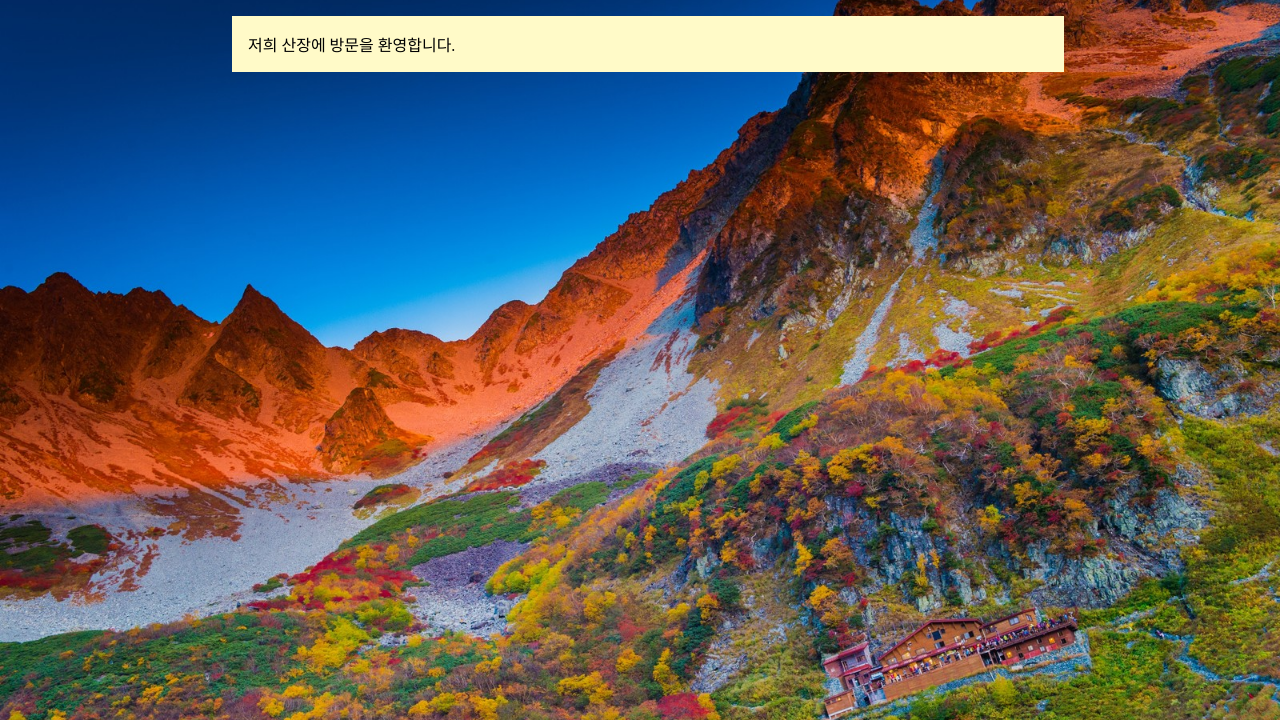
Repository: suhong99/htmlLecture
Page: cssWork1/src/main/webapp/index2.html
An editor plug-in stored every save of this project. The page is shown before and after the next save, followed by the edit.
The browser window is 1280 px wide. The page is 1288 px wide, so the pictures cover 1288 px, including what lies to the right of the window. The pictures show the whole page.

Above is the page before, as saved 2023-06-22 06:34:14.

After the next save:
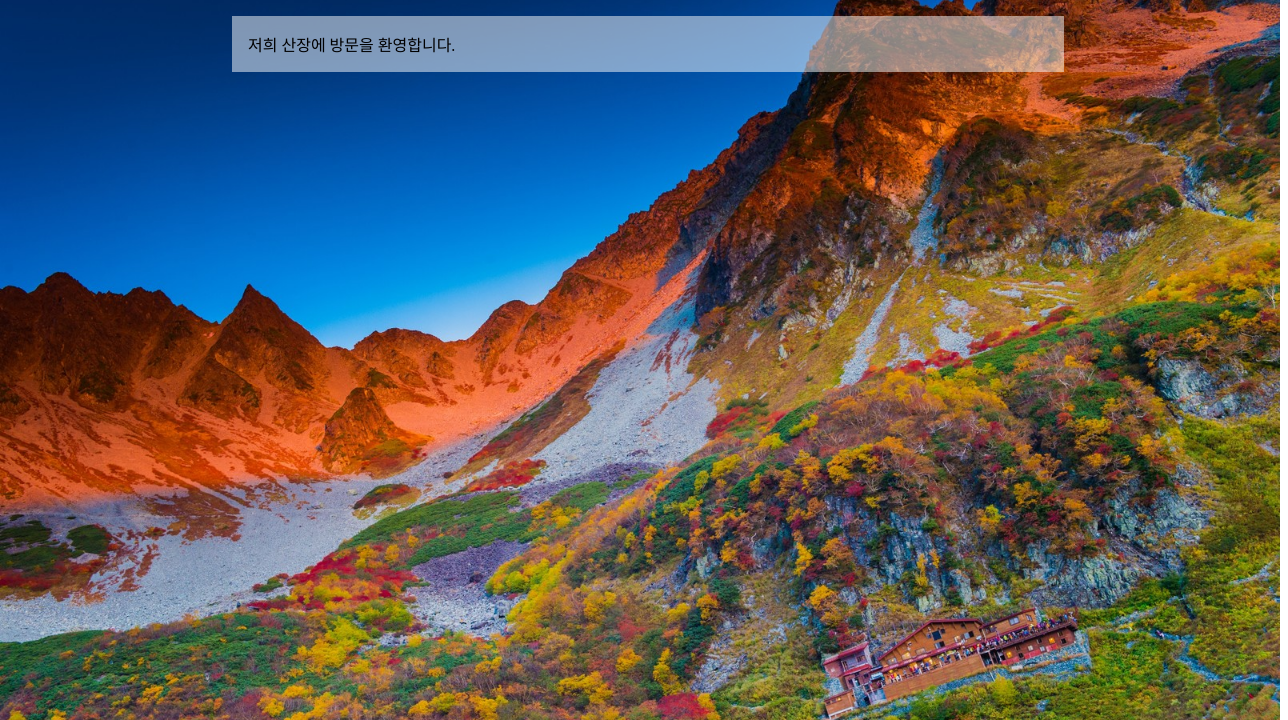
Saved 2 min 13 s later.
--- a/cssWork1/src/main/webapp/index2.html
+++ b/cssWork1/src/main/webapp/index2.html
@@ -11,7 +11,7 @@ body{
 }
 .message{
 	width:800px;
-	background-color:  rgba(255,250,200);
+	background-color:  rgba(255,255,255,0.5);
 	margin:1em auto;
 	padding: 1em;
 }
